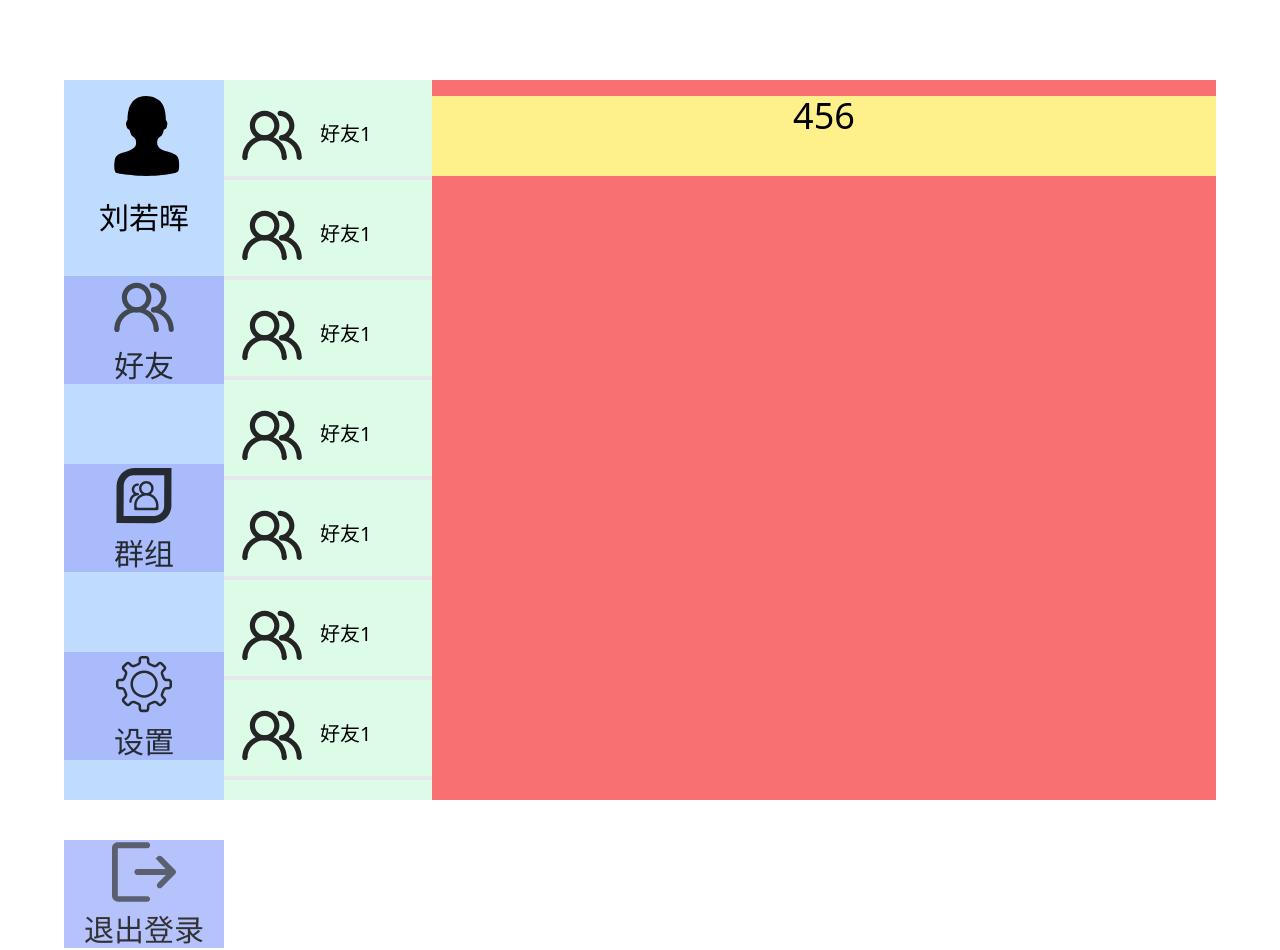
Repository: LiuRuohui/test_the_tailwindcss
Page: /
The author's editor kept a copy of each file at every save. The page is drawn from the files as they stood at one save, then again after the next save.
The browser window is 1280 px wide. The pictures show the whole page.
The project was rebuilt for these pictures with package versions that can differ from the ones it lists, and the page was loaded fresh each time. Also part of the build but not shown: vite.config.js, src/components/WelcomingPage.vue, src/components/RegisterPage.vue, src/components/LoginPage.vue, src/components/ForgetPasswd.vue, src/components/HelloWorld.vue, src/components/UpdateInformation.vue, src/components/ShowInformation.vue.

Above is the page before, as saved 2022-03-14 23:12:54.

### src/App.vue
<script setup>
import WelcomingPage from "./components/WelcomingPage.vue"
import RegisterPage from "./components/RegisterPage.vue"
import LoginPage from "./components/LoginPage.vue";
import ForgetPasswd from "./components/ForgetPasswd.vue";
import HelloWorld from "./components/HelloWorld.vue";
import UpdateInformation from "./components/UpdateInformation.vue";
import ShowInformation from "./components/ShowInformation.vue";
import MainPage from "./components/MainPage.vue";
</script>

<template>
<!--<WelcomingPage class="page"></WelcomingPage>
<RegisterPage class="page"></RegisterPage>
<LoginPage class="page"></LoginPage>
<ForgetPasswd class="page"></ForgetPasswd>
<UpdateInformation class="page"></UpdateInformation>
<ShowInformation class="page"></ShowInformation> -->
<MainPage class="page"></MainPage>

</template>

<style>
.page{
    height: 100vh;
    background-color:hsla(190, 100%, 95%, 0.5)
}
</style>

### src/index.css
@tailwind base;
@tailwind components;
.inputFrame {
    @apply appearance-none rounded-none relative block w-full px-3 py-2 border border-gray-300 placeholder-gray-500 text-gray-900
}

.inputFrame:focus {
    @apply outline-none border-indigo-500 z-10 inline-block px-5 py-3 rounded-lg shadow-lg
}

.btn {
    @apply relative flex w-full justify-center py-2 border border-transparent font-medium rounded-md text-white bg-indigo-500
}

.btn:hover {
    @apply bg-indigo-700
}

.btn:focus {
    @apply outline-none ring-2 ring-offset-2 ring-indigo-400
}

@tailwind utilities;
@layer components {
    .card {
        background-color: theme('colors.blue.500');
        border-radius: theme('borderRadius.lg');
        padding: theme('spacing.6');
        box-shadow: theme('boxShadow.xl');
    }
    /* ... */
}

### src/components/MainPage.vue
<template>
<div class="flex flex-row sm:mx-16 sm:my-20 sm:text-xl ">
    <div class="sm:basis-40 bg-blue-200">
        <div class="grid grid-rows-3 sm:gap-6 gap-3">
            <div class="row-span-2">
                <img src="../assets/用户.svg" alt="" class="mt-2 sm:mt-4 h-20 w-2/3 mx-auto">
            </div>
            <div class="sm:text-3xl text-center m-auto">{{nickname}}</div>
            <div class="grid grid-rows-4 gap-20 mt-4 ">
                <div class="bg-indigo-300 opacity-80" @click="gotoFriends">
                    <img src="../assets/好友.svg" alt="好友" class="h-16 m-auto">
                    <p class="sm:text-3xl text-xl text-center mt-2">好友</p>
                </div>
                <div class="bg-indigo-300 opacity-80" @click="gotoGroups">
                    <img src="../assets/群组.svg" alt="群组" class="h-16 m-auto">
                    <p class="sm:text-3xl text-xl text-center mt-2">群组</p>
                </div>
                <div class="bg-indigo-300 opacity-80" @click="settings">
                    <img src="../assets/设置.svg" alt="设置" class="h-16 m-auto">
                    <p class="sm:text-3xl text-xl text-center mt-2">设置</p>
                </div>
                <div class="bg-indigo-300 opacity-80" @click="Logout">
                    <img src="../assets/退出.svg" alt="退出" class="h-16 m-auto">
                    <p class="sm:text-3xl text-xl text-center mt-2">退出登录</p>
                </div>
            </div>
        </div>
    </div>

    <div class="sm:basis-52 bg-green-100 overflow-auto">
        <div v-for="friend in friends.name" class="my-4 sm:text-xl ">
            <img src="../assets/好友.svg" alt="好友" class="h-16 my-2 ml-4 inline-block">
            <span class="sm:text-xl p-4">好友1</span>
            <hr class="border-2">
        </div>
    </div>

    <div class="sm:flex-1 bg-red-400">
        <div class="bg-yellow-200 h-20">
            <div class="sm:text-4xl mt-4 text-center">{{friends.name[1]}}</div>
        </div>
        <div class="">

        </div>
    </div>
</div>
</template>

<script setup>
import {ref,reactive} from "vue"
const nickname = ref('刘若晖')

const friends = reactive({
    name:['123','456','789','','','','','','','','','','','','','','','','',''],
    message:[],
})

const groups = reactive({})

function settings(){
    alert('你点击了设置')
}

function gotoFriends(){
    alert('显示好友列表')
}

function gotoGroups(){
    alert('显示群组列表')
}

function Logout(){
    var choose = confirm('退出登录!')
    if(choose == true){
        alert('退出登录，返回登录界面')
    }else{
        alert('111')
    }
}
</script>

<style>

</style>

### tailwind.config.js
module.exports = {
    content: [
        "./index.html",
        "./src/**/*.{vue,js,ts,jsx,tsx}",
    ],
    theme: {
        extend: {},
    },
    variants: {
        backgroundColor: ['responsive', 'hover', 'focus', 'active']
    },
    plugins: [],
}

Loaded but not shown: index.html (common file); src/main.js (common file)

After the next save:
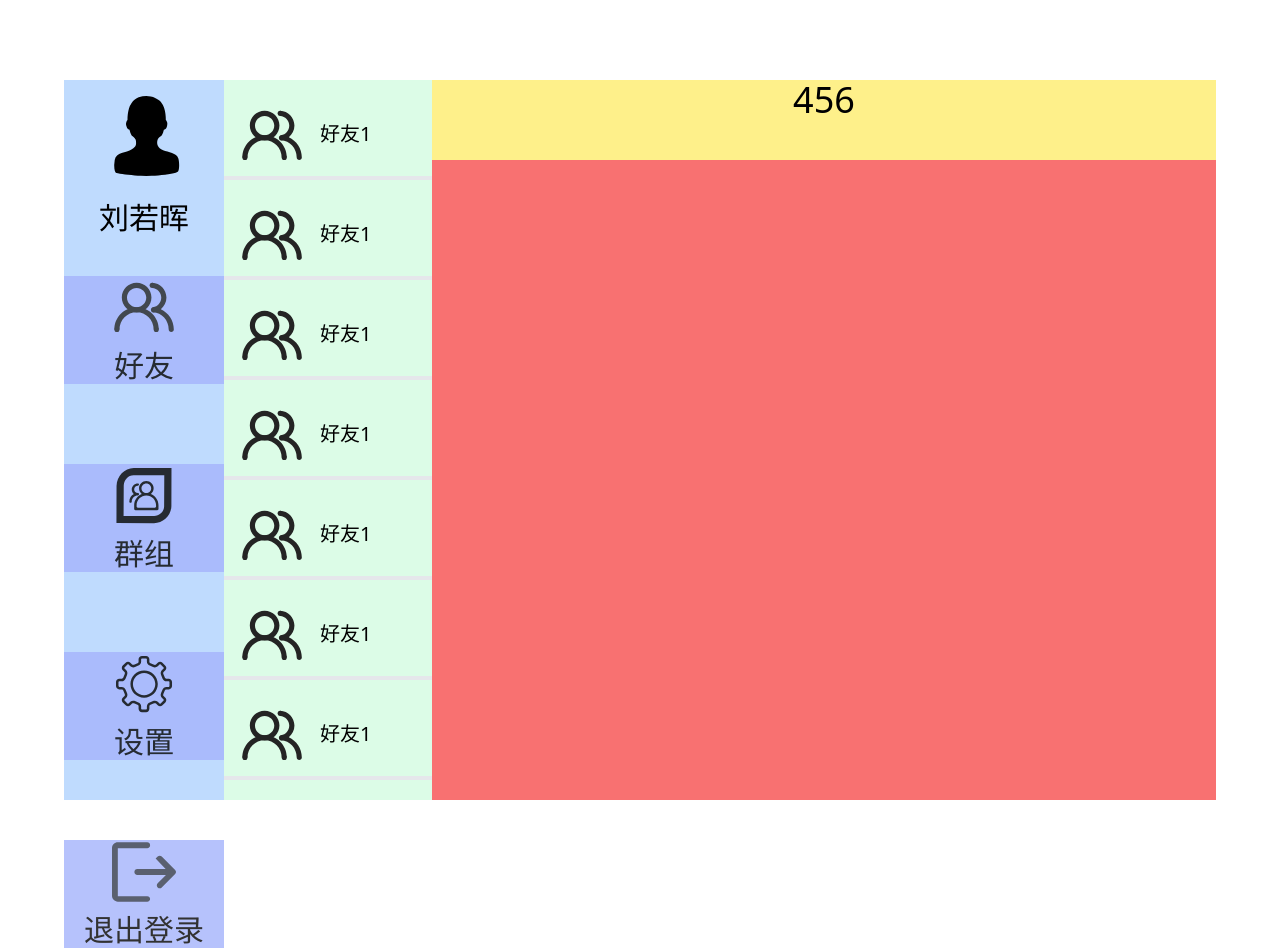
Saved 9 s later.
--- a/src/components/MainPage.vue
+++ b/src/components/MainPage.vue
@@ -37,7 +37,7 @@
 
     <div class="sm:flex-1 bg-red-400">
         <div class="bg-yellow-200 h-20">
-            <div class="sm:text-4xl mt-4 text-center">{{friends.name[1]}}</div>
+            <div class="sm:text-4xl m-auto text-center">{{friends.name[1]}}</div>
         </div>
         <div class="">
 

After the save that followed:
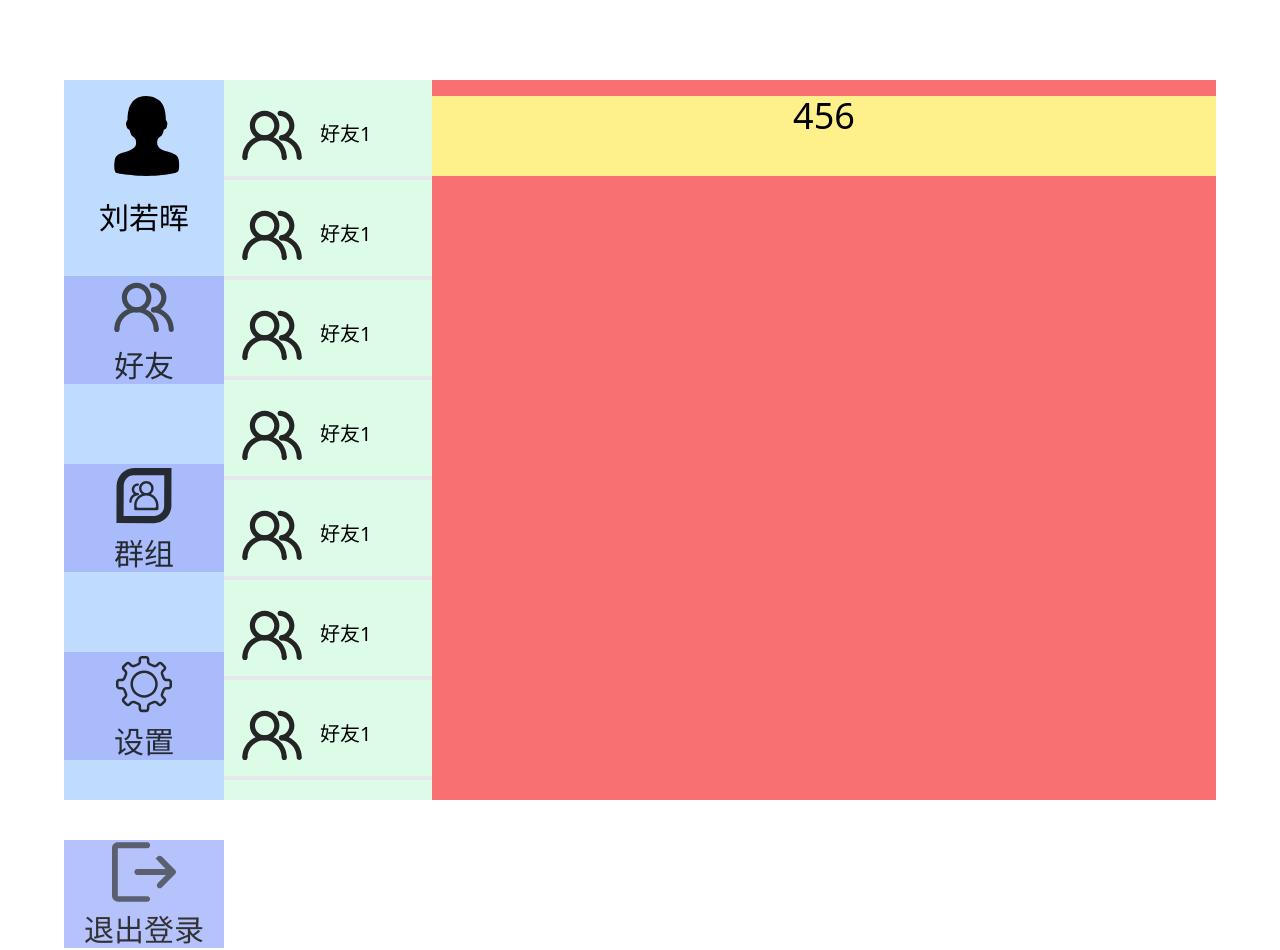
Saved 7 s later.
--- a/src/components/MainPage.vue
+++ b/src/components/MainPage.vue
@@ -37,7 +37,7 @@
 
     <div class="sm:flex-1 bg-red-400">
         <div class="bg-yellow-200 h-20">
-            <div class="sm:text-4xl m-auto text-center">{{friends.name[1]}}</div>
+            <div class="sm:text-4xl m-auto text-center mt-4">{{friends.name[1]}}</div>
         </div>
         <div class="">
 
